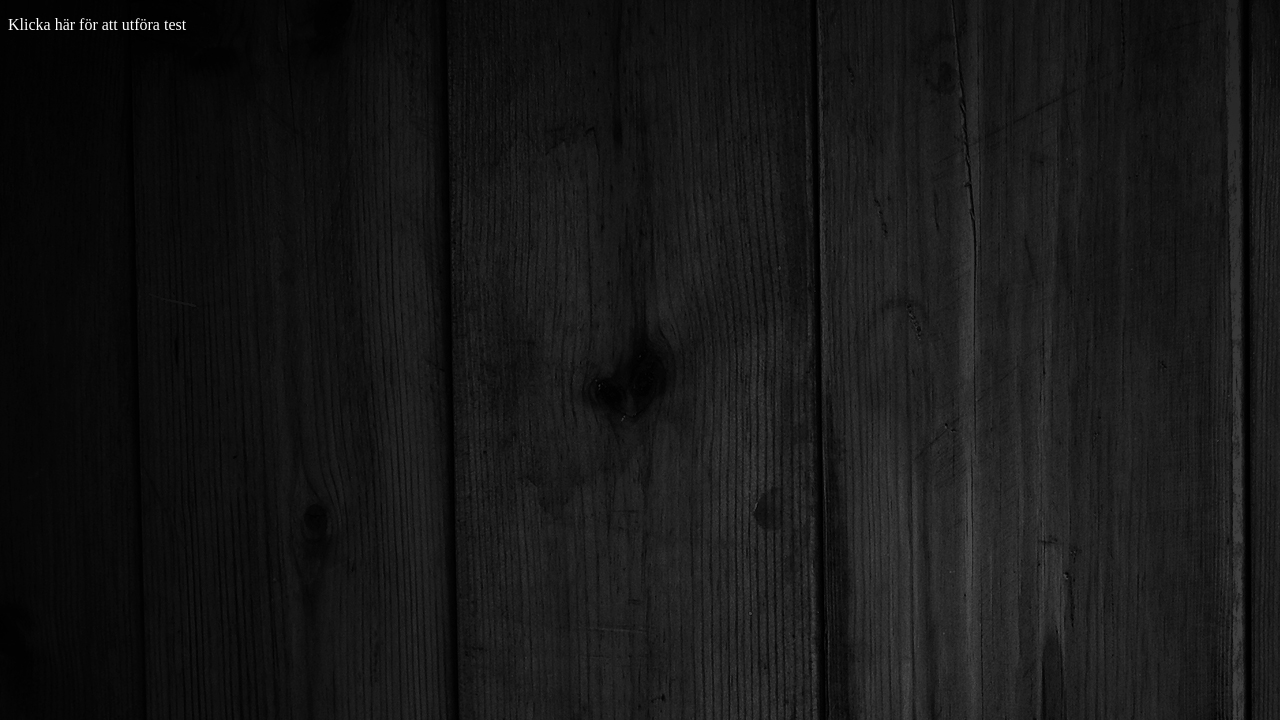
Repository: shelleylv/planb
Page: Client2/WebContent/Test.html
An editor plug-in stored every save of this project. The page is shown before and after the next save, followed by the edit.
The browser window is 1280 px wide. The pictures show the whole page.

Above is the page before, as saved 2015-04-02 13:14:54.

### Client2/WebContent/Test.html
<!DOCTYPE html>
<html>
<head>
	<meta charset="UTF-8">
	<title> Ghost Hotel</title>
	<link rel="stylesheet" href="css/style.css" type="text/css">
</head>

<body>
<p style = "color: white">Klicka här för att utföra test<a href="http://localhost:8080/HotelClientProject/TestServlet?suite=hotel.client.junit.ejb.BeanTest"></a><p>
</body>
</html>

### Client2/WebContent/css/style.css
/*---------DESIGN----------------*/

body{
	background-image: url("../bilder/backgroundwood.jpg");
	background-attachment: fixed;
}


#page{
	width: 1000px;
	margin: auto;
}

#header{
	width: 1000px;
	margin: auto;
}


/*---------CONTENTS--------------*/
#contents{
	border: none;
}

#contents h1{
	color: white;
	font-family: Times New Roman;
	font-size: 20px;
}

#contents h2{
	color: white;
	font-family: Times New Roman;
	font-size: 20px;
}

#contents p{
	color: white;
	font-size: 18px;
}

/*------------ABOUTBOX-------*/
#aboutbox{
	width: 820px;
	margin: auto;
	padding: 4px 5px 18px;
	border: none;
}

/*------ABOUTUS-----------*/

#aboutus h1{
	color: white;
	font-family: Times New Roman;
	text-decoration: none;
	font-size: 20px;
}

#aboutus h2{
	color: white;
	font-family: Times New Roman;
	font-size: 20px;
}

#aboutus p {
	color: white;
	font-size: 17px;
}

#aboutus img{
	float: right;
	border: 3px solid black;
	margin-right:-90px;
	margin-top: 20px;
}

/*----------------NAVIGATION------------------*/

#navigation{
	background-color: #EDEDED;
	clear: both;
	height: 40px;
	width: 1000px;
	margin: auto;
}

#navigation ul{
	display: inline-block;
	width: 1000px;
	list-style: none;
	margin: 0;
	padding: 0;
}

#navigation li{
	float:left;
	height: 20px;
	width: 100px;
	margin-left: 65px;
	padding: 10px;
	text-align: center;
}

#navigation li:first-child{
	margin-left: 0
	padding-left: 0;
}

#navigation li a{
	color: black;
	display: block;
	text-decoration: none;
	text-transform: uppercase;
	font-family: Times New Roman;
	font-size: 20px;

}

#navigation li a:hover {
	color: red;
}

/*--------------MAIN--------------*/
#main {
	width: 820px;
	margin: auto;
	padding: 20px 5px 18px;
}

#main p{
	font-size: 17px;
	font-family: Times New Roman;
	text-align: left;
	color: white;
	text-transform: none;
}

#main h2{
	font-family: Times New Roman;
	text-transform: uppercase;
	text-align: center;
	color: white;
}


/*-------------INFOBOX------------*/

#infobox{
	float: right;
	position: static;
	width: 220px;
	height: 520px;
	margin: 20px 20px 5px 20px;
	padding-top: 20px;
}

/*---------------SIDEBOX----------------*/
.sidebox{
	height: 150px;
	width: 220px;
	margin-bottom: 15px;
	margin-top: 20px;
}

.sidebox img{
	height: 150px;
	width: 220px;
}


/*--------------BOOKINGBOX-----------*/

#bookingbox{
	width: 820px;
	margin: auto;
	padding: 10px;
}


/*------------BOOKING---------*/

#booking{
	background-color: none;
	width: 770px;
	float: left;
	height: 400px;
	border: none;
	padding: 20px;
}

#booking label{
	color: white;
	font-size: 20;
	font-family: Times New Roman;
}


/*---------RESULTBOX-----------*/
#resultbox {
	border:1px dashed black;
	float: right;
	width: 550px;
	height: 400px;
	margin: auto;
	padding: 0px 10px 10px 10px ;
}

#resultbox p{
	color: white;
	font:
}


/*-----------ROOMBOX----------*/

#roombox{
	border: none;
	width: 820px;
	margin: auto;
	padding: 4px 5px 18px;
}

#roombox h1{
	text-decoration: uppercase;
	font-family: Times New Roman;
	color: white;
	font-size: 20px;
}

/*----ROOMS----*/

#rooms{
	list-style: none;
	margin: 0;
	padding: 0;
}

#rooms li{
	display: block;
	width: 750;
	border-top: 1px solid grey;
	padding: 30px 0;
	position: relative;
}

#rooms li:first-child{
	border-top:0;
}

#rooms li img{
	float: none;
	border: 1px solid black;
	margin-right: 15px;
}

#rooms p {
	font-family: Times New Roman;
	font-size: 18px;
	color: white;
}

#rooms h2 a{
	font-family: Times New Roman;
	color: white;
	text-decoration: underline;
}

#rooms .rate {
	color: white;
	display: inline-block;
	font-family: Times New Roman;
	font-size: 18px;
	height: 35px;
	width: 200px;
	text-align: center;
	position: static;
	bottom: 30px;
}

/*-----------FOOTER------------------*/

#footer{
	color: white;
	font-size: 14px;
	line-height: 48px;
	margin: -38px 0 20px;
	padding-top: 42px;
	text-transform: uppercase;
	clear:both
}

#footer > div {
	background-color:#717171;
	height: 40px;
	width: 850px;
	border-bottom: 1px solid #4F4F4F;
	border-top: 1px solid #4F4F4F;
	margin: 0 auto;
	padding: 0 20px;
	text-align: right;
}

#footer ul.navigation {
	display: inline-block;
	list-style: none;
	margin: 0;
	padding: 0;
	float: left;
}

#footer ul.navigation li {
	float: left;
	height: 50px;
	width:100px;
	margin-left: 50px;

}
#footer ul.navigation li a {
	color: white;
	padding: 5px;
	text-decoration: none;
	font-family:Times New Roman;
	font-size:18px;
}

#footer ul.navigation li:first-child a {
	border-left: 0;
	padding-left: 0;
}

#footer ul.navigation li a:hover {
	color: red;
}

#footer p {
	color: white;
	margin: center;
	text-align: center;
	text-transform: none;
}

After the next save:
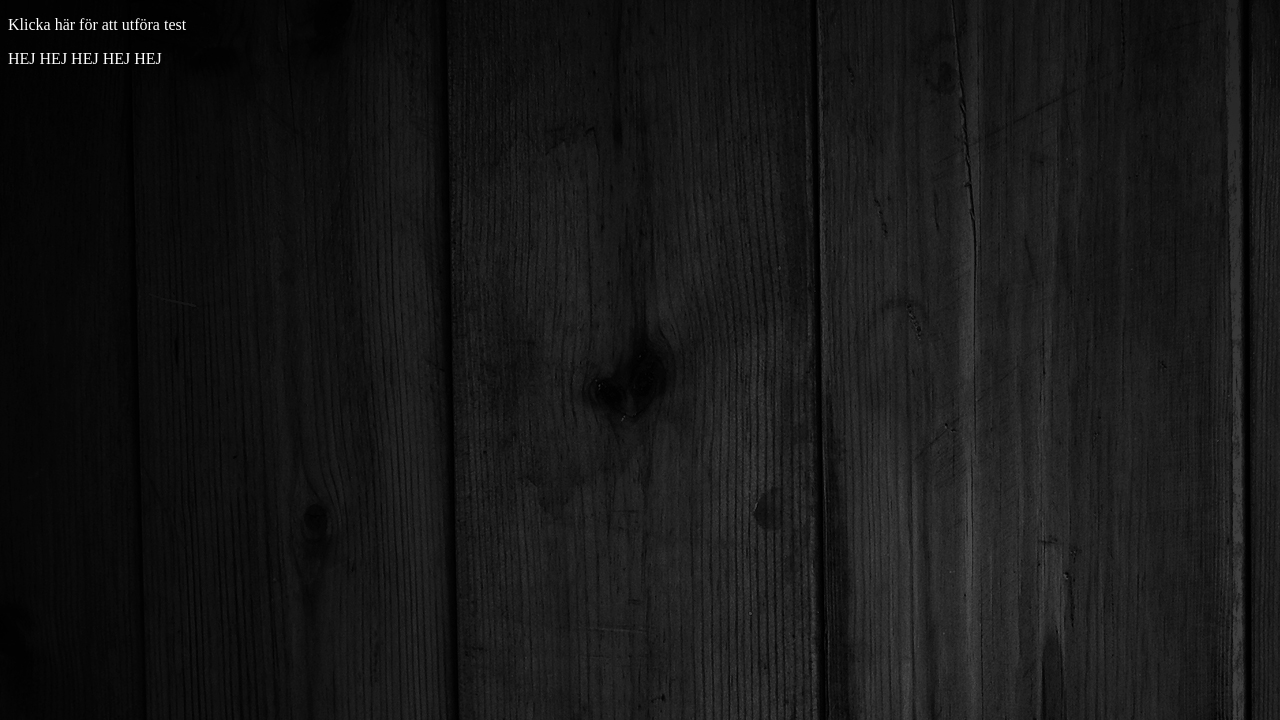
Saved 115 s later.
--- a/Client2/WebContent/Test.html
+++ b/Client2/WebContent/Test.html
@@ -8,5 +8,7 @@
 
 <body>
 <p style = "color: white">Klicka här för att utföra test<a href="http://localhost:8080/HotelClientProject/TestServlet?suite=hotel.client.junit.ejb.BeanTest"></a><p>
+<p style = "color: white"> HEJ HEJ HEJ HEJ HEJ </p>
+
 </body>
 </html>
